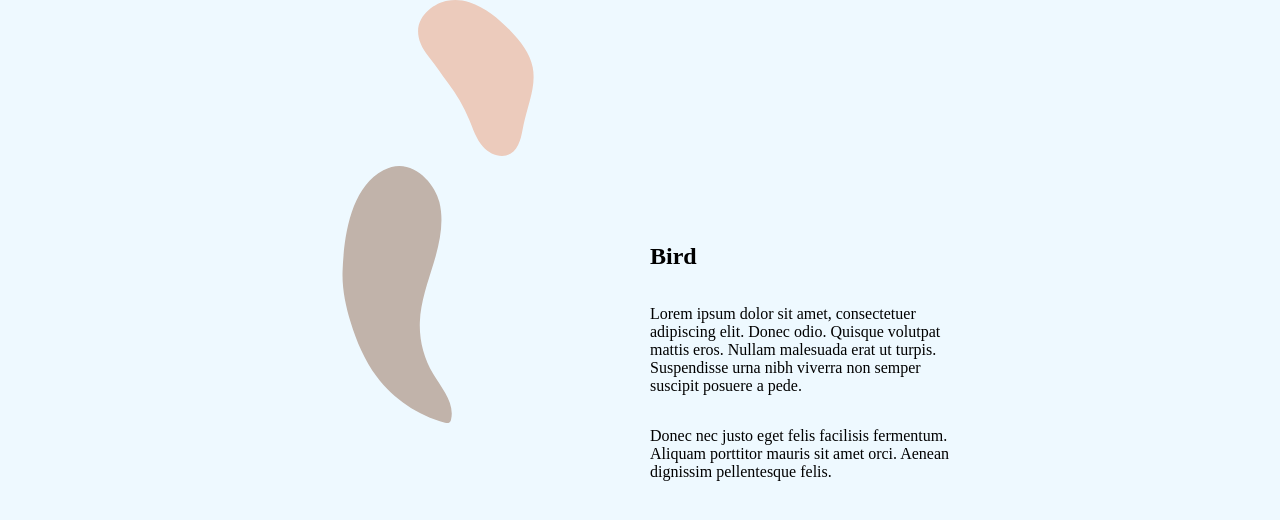
Repository: sebastiann88/svg-animals
Page: index.html
The author's editor kept a copy of each file at every save. The page is drawn from the files as they stood at one save, then again after the next save.
The browser window is 1280 px wide. The pictures show the window.
A layer covers the whole window, so only the first screen is drawn.

Above is the page before, as saved 2024-09-05 04:09:36.

After the next save:
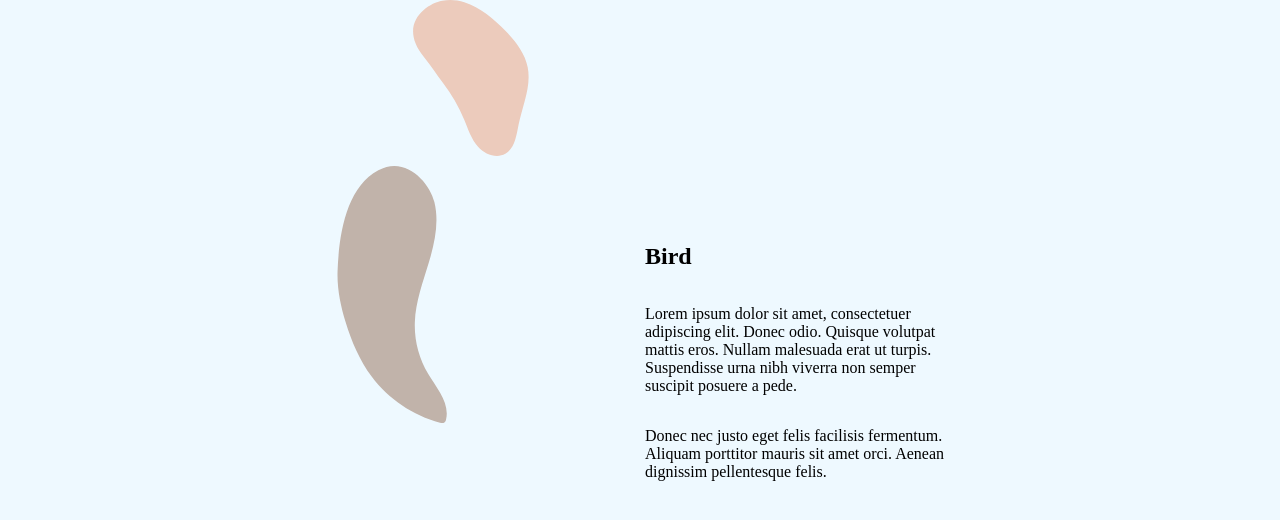
Saved 27 s later.
--- a/css/style.css
+++ b/css/style.css
@@ -6,7 +6,7 @@ body {
 }
 
 main {
-	transform: translateX(10px);
+	transform: translateX(5px);
 }
 
 .line-container {
